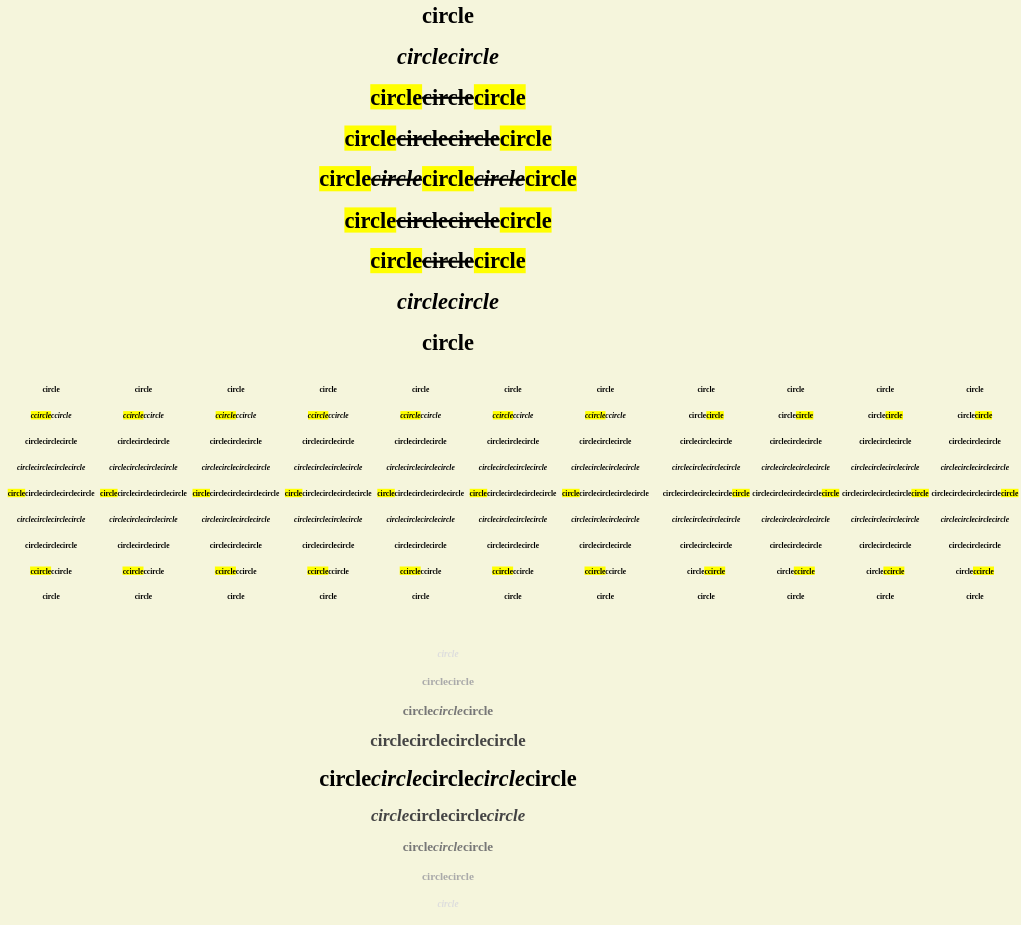
Repository: parkh899/parkh899.github.io
Page: lab/composition2.html
The author's editor kept a record of every edit. The page is drawn from the files as they stood at one moment, then again after the next edit.
The browser window is 1280 px wide. The page is 1458 px wide, so the pictures cover 1458 px, including what lies to the right of the window. The pictures show the part of the page from y = 1115 to 2795 px (the page is 2437 px tall before and 2795 px after), at 70% of full size.

Above is the page before.

### lab/composition2.html
<html>

<a href = "../index.html">Home</a> | <a href = "index.html">Composition</a>

<br/>
<hr/>
<hr/>

<body bgcolor="beige">

<center>

    <h1>circle</h1>
    <h1><i>circlecircle</i></h1>
    <h1><mark>circle</mark><del>circle</del><mark>circle</mark></h1>
    <h1><mark>circle</mark><del>circlecircle</del><mark>circle</mark></h1>
    <h1><mark>circle</mark><del><i>circle</i></del><mark>circle</mark><del><i>circle</i></del><mark>circle</mark></h1>
    <h1><mark>circle</mark><del>circlecircle</del><mark>circle</mark></h1>
    <h1><mark>circle</mark><del>circle</del><mark>circle</mark></h1>
    <h1><i>circlecircle</i></h1>
    <h1>circle</h1>
     <h1>circle</h1>
    <h1><i>circlecircle</i></h1>
    <h1><mark>circle</mark><del>circle</del><mark>circle</mark></h1>
    <h1><mark>circle</mark><del>circlecircle</del><mark>circle</mark></h1>
    <h1><mark>circle</mark><del><i>circle</i></del><mark>circle</mark><del><i>circle</i></del><mark>circle</mark></h1>
    <h1><mark>circle</mark><del>circlecircle</del><mark>circle</mark></h1>
    <h1><mark>circle</mark><del>circle</del><mark>circle</mark></h1>
    <h1><i>circlecircle</i></h1>
    <h1>circle</h1>
     <h1>circle</h1>
    <h1><i>circlecircle</i></h1>
    <h1><mark>circle</mark><del>circle</del><mark>circle</mark></h1>
    <h1><mark>circle</mark><del>circlecircle</del><mark>circle</mark></h1>
    <h1><mark>circle</mark><del><i>circle</i></del><mark>circle</mark><del><i>circle</i></del><mark>circle</mark></h1>
    <h1><mark>circle</mark><del>circlecircle</del><mark>circle</mark></h1>
    <h1><mark>circle</mark><del>circle</del><mark>circle</mark></h1>
    <h1><i>circlecircle</i></h1>
    <h1>circle</h1>

    <br/>

    <table>
        <tr>
            <td>
                <center>
                <h6>circle</h6>
                <h6><i><mark>ccircle</mark>ccircle</i></h6>
                <h6>circlecirclecircle</h6>
                <h6><em>circlecirclecirclecircle</em></h6>
                <h6><strong><mark>circle</mark>circlecirclecirclecircle</strong></h6>
                <h6><em>circlecirclecirclecircle</em></h6>
                <h6>circlecirclecircle</h6>
                <h6><mark>ccircle</mark>ccircle</h6>
                <h6>circle</h6>
                </center>
            </td>
            <td>
                <td>
                <center>
                <h6>circle</h6>
                <h6><i><mark>ccircle</mark>ccircle</i></h6>
                <h6>circlecirclecircle</h6>
                <h6><em>circlecirclecirclecircle</em></h6>
                <h6><strong><mark>circle</mark>circlecirclecirclecircle</strong></h6>
                <h6><em>circlecirclecirclecircle</em></h6>
                <h6>circlecirclecircle</h6>
                <h6><mark>ccircle</mark>ccircle</h6>
                <h6>circle</h6>
                </center>
            </td>
            <td>
                <td>
                <center>
                <h6>circle</h6>
                <h6><i><mark>ccircle</mark>ccircle</i></h6>
                <h6>circlecirclecircle</h6>
                <h6><em>circlecirclecirclecircle</em></h6>
                <h6><strong><mark>circle</mark>circlecirclecirclecircle</strong></h6>
                <h6><em>circlecirclecirclecircle</em></h6>
                <h6>circlecirclecircle</h6>
                <h6><mark>ccircle</mark>ccircle</h6>
                <h6>circle</h6>
                </center>
            </td>
            <td>
                <td>
                <center>
                <h6>circle</h6>
                <h6><i><mark>ccircle</mark>ccircle</i></h6>
                <h6>circlecirclecircle</h6>
                <h6><em>circlecirclecirclecircle</em></h6>
                <h6><strong><mark>circle</mark>circlecirclecirclecircle</strong></h6>
                <h6><em>circlecirclecirclecircle</em></h6>
                <h6>circlecirclecircle</h6>
                <h6><mark>ccircle</mark>ccircle</h6>
                <h6>circle</h6>
                </center>
            </td>
            <td>
                <td>
                <center>
                <h6>circle</h6>
                <h6><i><mark>ccircle</mark>ccircle</i></h6>
                <h6>circlecirclecircle</h6>
                <h6><em>circlecirclecirclecircle</em></h6>
                <h6><strong><mark>circle</mark>circlecirclecirclecircle</strong></h6>
                <h6><em>circlecirclecirclecircle</em></h6>
                <h6>circlecirclecircle</h6>
                <h6><mark>ccircle</mark>ccircle</h6>
                <h6>circle</h6>
                </center>
            </td>
            <td>

                <td>
                <center>
                <h6>circle</h6>
                <h6><i><mark>ccircle</mark>ccircle</i></h6>
                <h6>circlecirclecircle</h6>
                <h6><em>circlecirclecirclecircle</em></h6>
                <h6><strong><mark>circle</mark>circlecirclecirclecircle</strong></h6>
                <h6><em>circlecirclecirclecircle</em></h6>
                <h6>circlecirclecircle</h6>
                <h6><mark>ccircle</mark>ccircle</h6>
                <h6>circle</h6>
                </center>
            </td>
            <td>
                   <td>
                <center>
                <h6>circle</h6>
                <h6><i><mark>ccircle</mark>ccircle</i></h6>
                <h6>circlecirclecircle</h6>
                <h6><em>circlecirclecirclecircle</em></h6>
                <h6><strong><mark>circle</mark>circlecirclecirclecircle</strong></h6>
                <h6><em>circlecirclecirclecircle</em></h6>
                <h6>circlecirclecircle</h6>
                <h6><mark>ccircle</mark>ccircle</h6>
                <h6>circle</h6>
                </center>
            </td>
            <td>

                &nbsp;&nbsp;&nbsp;
            </td>
            <td>
                <center>
                <h6>circle</h6>
                <h6>circle<mark>circle</mark></h6>
                <h6>circlecirclecircle</h6>
                <h6><em>circlecirclecirclecircle</em></h6>
                <h6><strong>circlecirclecirclecircle<mark>circle</mark></strong></h6>
                <h6><em>circlecirclecirclecircle</em></h6>
                <h6>circlecirclecircle</h6>
                <h6>circle<mark>ccircle</mark></h6>
                <h6>circle</h6>
                </center>
            </td>
            <td>
                <center>
                <h6>circle</h6>
                <h6>circle<mark>circle</mark></h6>
                <h6>circlecirclecircle</h6>
                <h6><em>circlecirclecirclecircle</em></h6>
                <h6><strong>circlecirclecirclecircle<mark>circle</mark></strong></h6>
                <h6><em>circlecirclecirclecircle</em></h6>
                <h6>circlecirclecircle</h6>
                <h6>circle<mark>ccircle</mark></h6>
                <h6>circle</h6>
                </center>
            </td>
            <td>
                <center>
                <h6>circle</h6>
                <h6>circle<mark>circle</mark></h6>
                <h6>circlecirclecircle</h6>
                <h6><em>circlecirclecirclecircle</em></h6>
                <h6><strong>circlecirclecirclecircle<mark>circle</mark></strong></h6>
                <h6><em>circlecirclecirclecircle</em></h6>
                <h6>circlecirclecircle</h6>
                <h6>circle<mark>ccircle</mark></h6>
                <h6>circle</h6>
                </center>
            </td>
            <td>
                <center>
                <h6>circle</h6>
                <h6>circle<mark>circle</mark></h6>
                <h6>circlecirclecircle</h6>
                <h6><em>circlecirclecirclecircle</em></h6>
                <h6><strong>circlecirclecirclecircle<mark>circle</mark></strong></h6>
                <h6><em>circlecirclecirclecircle</em></h6>
                <h6>circlecirclecircle</h6>
                <h6>circle<mark>ccircle</mark></h6>
                <h6>circle</h6>
                </center>

            </td>
        </tr>

    </table>

    <br/>

    <h5 style="color:#DDDDDD"><i>circle</i></h5>
    <h4 style="color:#AAAAAA">circlecircle</h4>
    <h3 style="color:#777777">circle<i>circle</i>circle</h3>
    <h2 style="color:#444444">circlecirclecirclecircle</h2>
    <h1>circle<i>circle</i>circle<i>circle</i>circle</h1>
    <h2 style="color:#444444"><i>circle</i>circlecircle<i>circle</i></h2>
    <h3 style="color:#777777">circle<i>circle</i>circle</h3>
    <h4 style="color:#AAAAAA">circlecircle</h4>
    <h5 style="color:#DDDDDD"><i>circle</i></h5>


    </center>

    </body>


</html>

After the next edit:
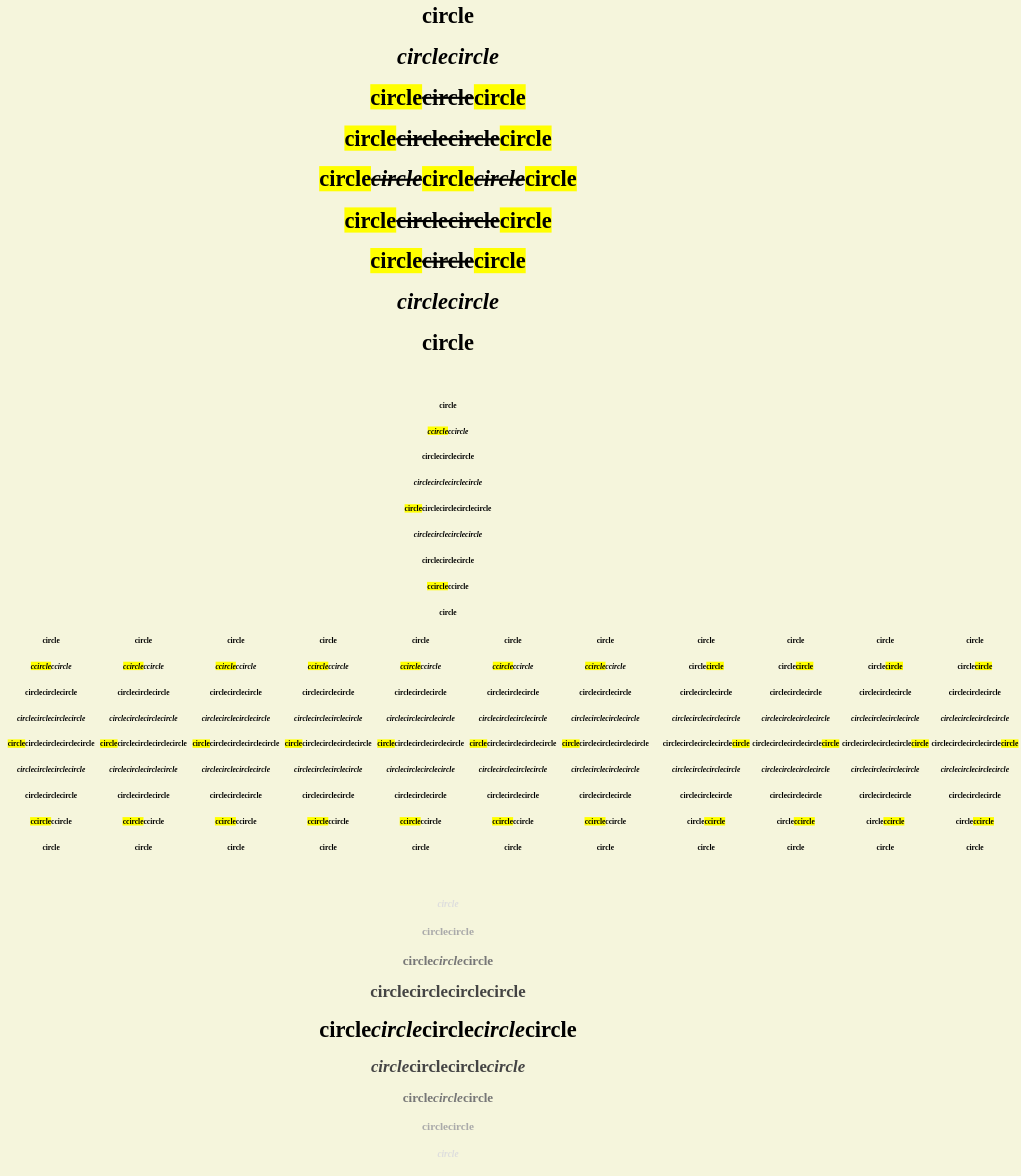
The edit:
--- a/lab/composition2.html
+++ b/lab/composition2.html
@@ -157,6 +157,17 @@
                 <h6>circle</h6>
                 </center>
             </td>
+             <center>
+                <h6>circle</h6>
+                <h6><i><mark>ccircle</mark>ccircle</i></h6>
+                <h6>circlecirclecircle</h6>
+                <h6><em>circlecirclecirclecircle</em></h6>
+                <h6><strong><mark>circle</mark>circlecirclecirclecircle</strong></h6>
+                <h6><em>circlecirclecirclecircle</em></h6>
+                <h6>circlecirclecircle</h6>
+                <h6><mark>ccircle</mark>ccircle</h6>
+                <h6>circle</h6>
+                </center>
             <td>
                 <center>
                 <h6>circle</h6>
